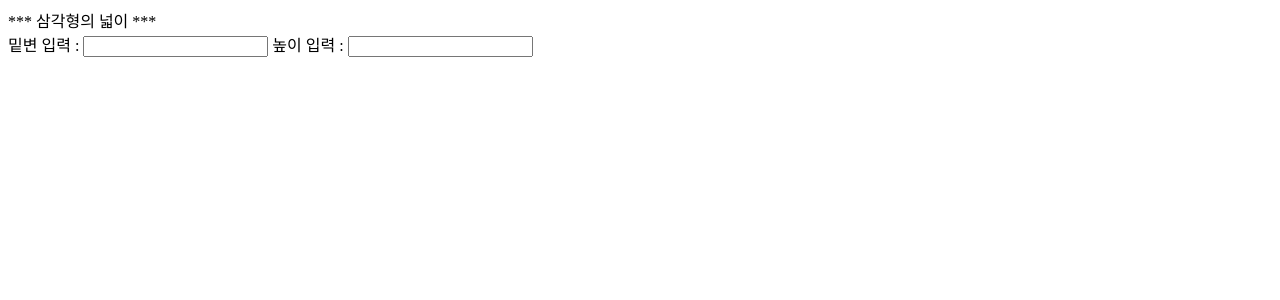
Repository: golddrone7/front
Page: step10_Ajax/src/main/webapp/test5/sumTest.html
The author's editor kept a copy of each file at every save. The page is drawn from the files as they stood at one save, then again after the next save.
The browser window is 1280 px wide. The pictures show the whole page.

Above is the page before, as saved 2023-02-27 03:20:53.

After the next save:
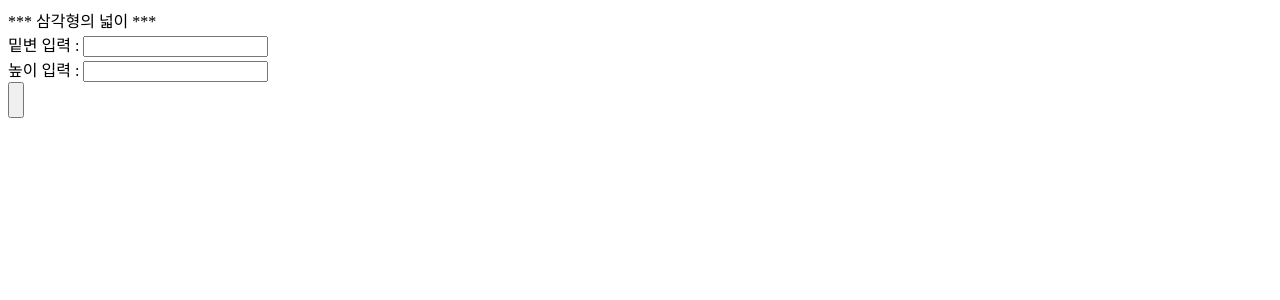
Saved 53 s later.
--- a/step10_Ajax/src/main/webapp/test5/sumTest.html
+++ b/step10_Ajax/src/main/webapp/test5/sumTest.html
@@ -7,9 +7,12 @@
 <body>
 *** 삼각형의 넓이 ***
 <form action="sumTest.jsp">
-밑변 입력 : <input type="text" name="base">
-높이 입력 : <input type="text" name="height">
+밑변 입력 : <input type="text" name="base"><br>
+높이 입력 : <input type="text" name="height"><br>
+<button onclick="" value="실행"><br><br>
 </form>
+<div id="display"></div>
+
 
 
 
